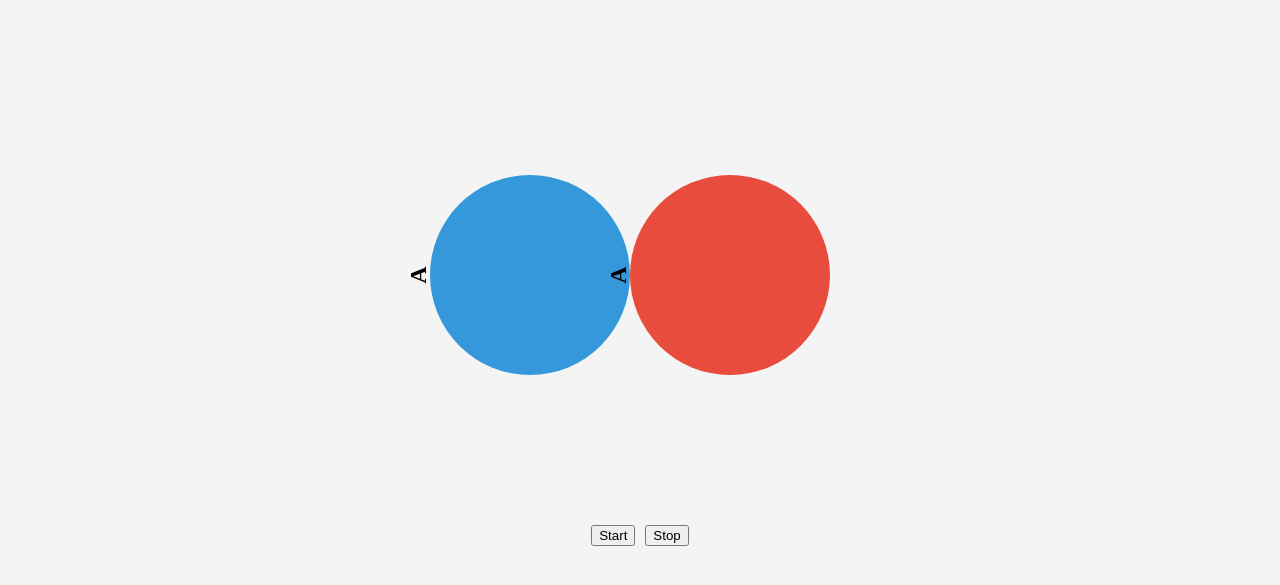
Repository: boshi-an/Isorhythm
Page: .vscode/Isorhythm/index.html
These files come from the project's save history. The page is drawn as it stood at one moment and after the next save; the edit follows.
The browser window is 1280 px wide. The pictures show the whole page.

Above is the page before, as saved 2023-10-18 17:50:54.

After the next save:
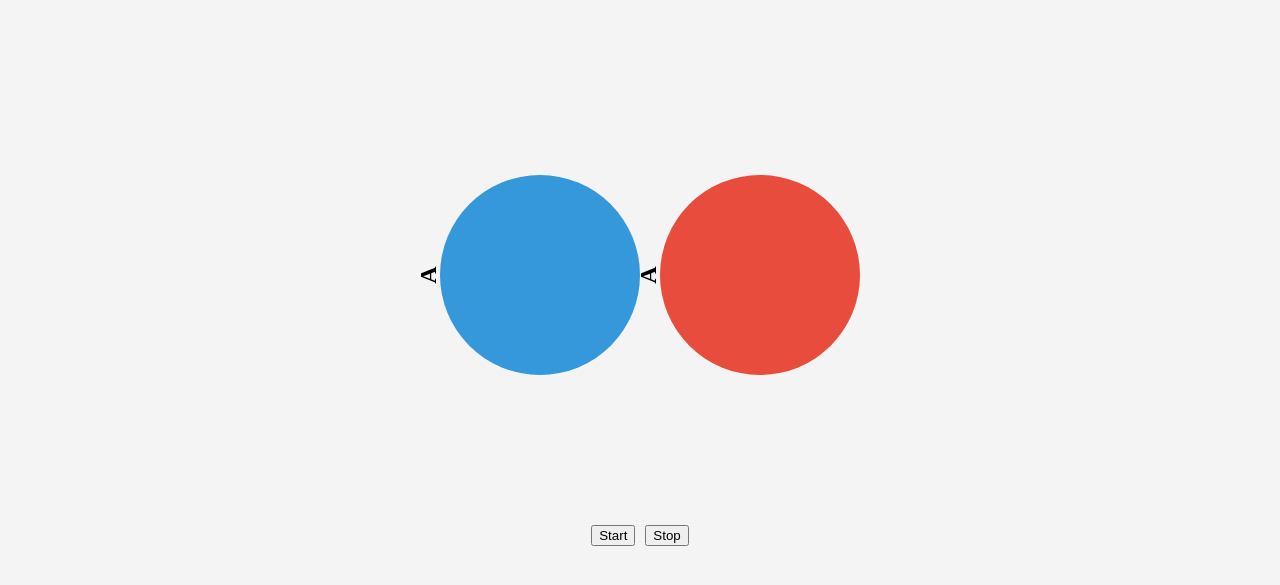
Saved 2 min 59 s later.
--- a/.vscode/Isorhythm/styles.css
+++ b/.vscode/Isorhythm/styles.css
@@ -27,9 +27,10 @@ body {
     border-radius: 50%;
     position: relative;
     display: flex;
+    flex-shrink: 0;
     align-items: center;
     justify-content: center;
-    margin: 0 0px;
+    margin: 0 10px;
 }
 
 .uiContainer {
